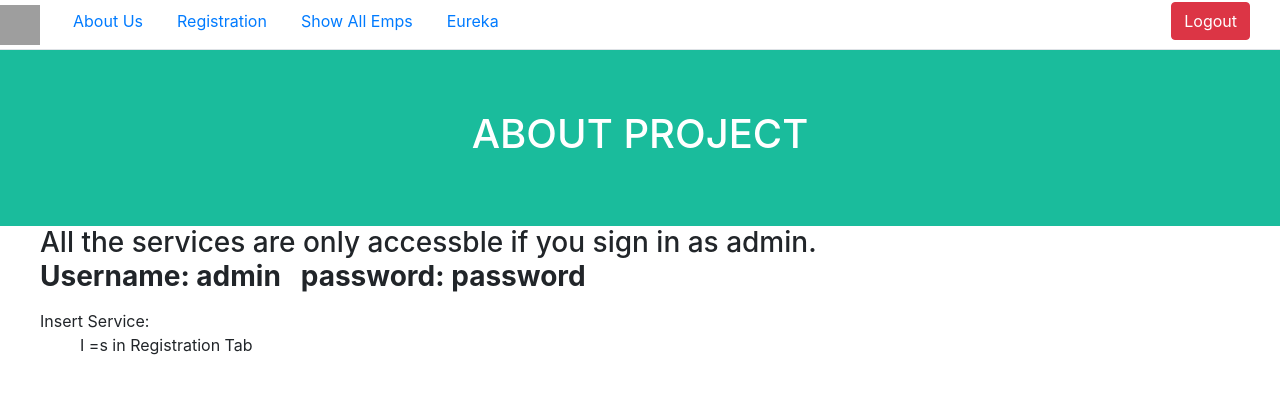
Repository: Shwetank-Chaudhary/EmployeeManagement-
Page: HomePage/src/main/webapp/AboutUs.html
These files come from the project's save history. The page is drawn as it stood at one moment and after the next save; the edit follows.
The browser window is 1280 px wide. The pictures show the whole page.
Pictures or frames that could not be fetched are drawn as grey boxes.

Above is the page before, as saved 2024-01-01 17:13:29.

### HomePage/src/main/webapp/AboutUs.html
<!DOCTYPE html>
<html>

<head>
	<meta charset="UTF-8">
	<title>ABOUT PROJECT</title>
	<link rel="stylesheet" href="https://cdn.jsdelivr.net/npm/bootstrap@4.0.0/dist/css/bootstrap.min.css"
		integrity="sha384-Gn5384xqQ1aoWXA+058RXPxPg6fy4IWvTNh0E263XmFcJlSAwiGgFAW/dAiS6JXm" crossorigin="anonymous"
		type="text/css">

	<style>
		.header {
			padding: 60px;
			text-align: center;
			background: #1abc9c;
			color: white;
			font-size: 30px;
		}

		#logout {
			position: absolute;
			right: 30px;
			top: 2px;
		}
	</style>
</head>

<body>
	<ul class="nav nav-tabs">
		<!-- Logo -->
		<li class="nav-item">
			<a class="navbar-brand" href="Home.html">
				<img src="https://drive.google.com/uc?id=1iFuzqzRuZ8NSsH9akJaVqbD3UM7I9Yh6" alt="Logo" height="40"
					width="40">
			</a>
		</li>
		<li class="nav-item-active">
			<a class="nav-link" href="AboutUs.html">About Us</a>
		</li>
		<li class="nav-item">
			<a class="nav-link" href="./Registration.html">Registration</a>
		</li>
		<li class="nav-item">
			<a class="nav-link" href="ADMIN_showemp.html">Show All Emps</a>
		</li>
		<li class="nav-item">
			<a class="nav-link" href="http://localhost:8761/">Eureka</a>
		</li>

		<li class="nav-item">
			<a href="http://localhost:1080/logout"><button class="btn btn-danger" id="logout">Logout</button></a>
		</li>
	</ul>
	<div class="header">
		<h1>ABOUT PROJECT</h1>
	</div>
		<ul><h3>All the services are only accessble if you sign in as admin.<br>
		<b>Username: admin &nbsp; password: password</b></h3></ul>
		<h3></h3><ul>Insert Service:
			<ul>I =s in Registration Tab</ul>
		</ul>
		</h3>
		</div>

</body>

</html>

After the next save:
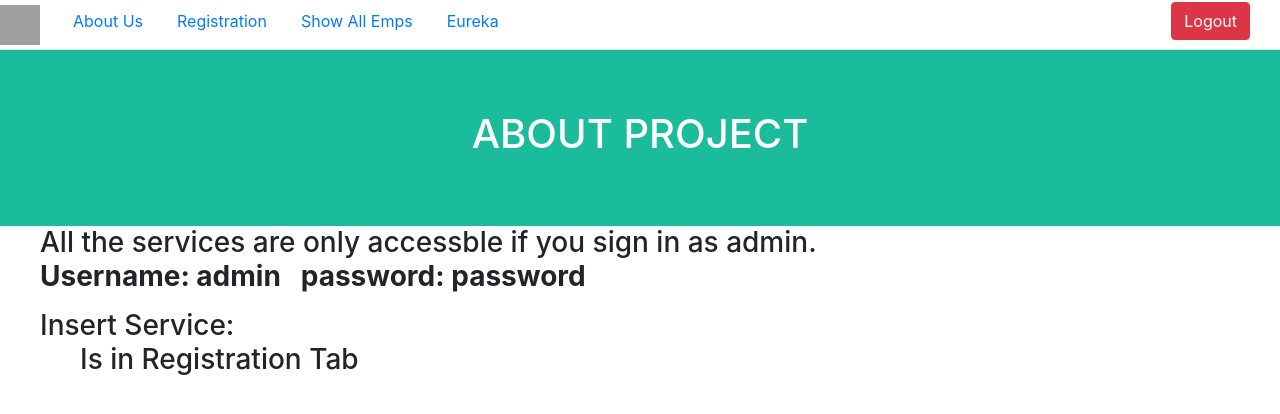
Saved 23 s later.
--- a/HomePage/src/main/webapp/AboutUs.html
+++ b/HomePage/src/main/webapp/AboutUs.html
@@ -56,8 +56,8 @@
 	</div>
 		<ul><h3>All the services are only accessble if you sign in as admin.<br>
 		<b>Username: admin &nbsp; password: password</b></h3></ul>
-		<h3></h3><ul>Insert Service:
-			<ul>I =s in Registration Tab</ul>
+		<h3><ul>Insert Service:
+			<ul>Is in Registration Tab</ul>
 		</ul>
 		</h3>
 		</div>
